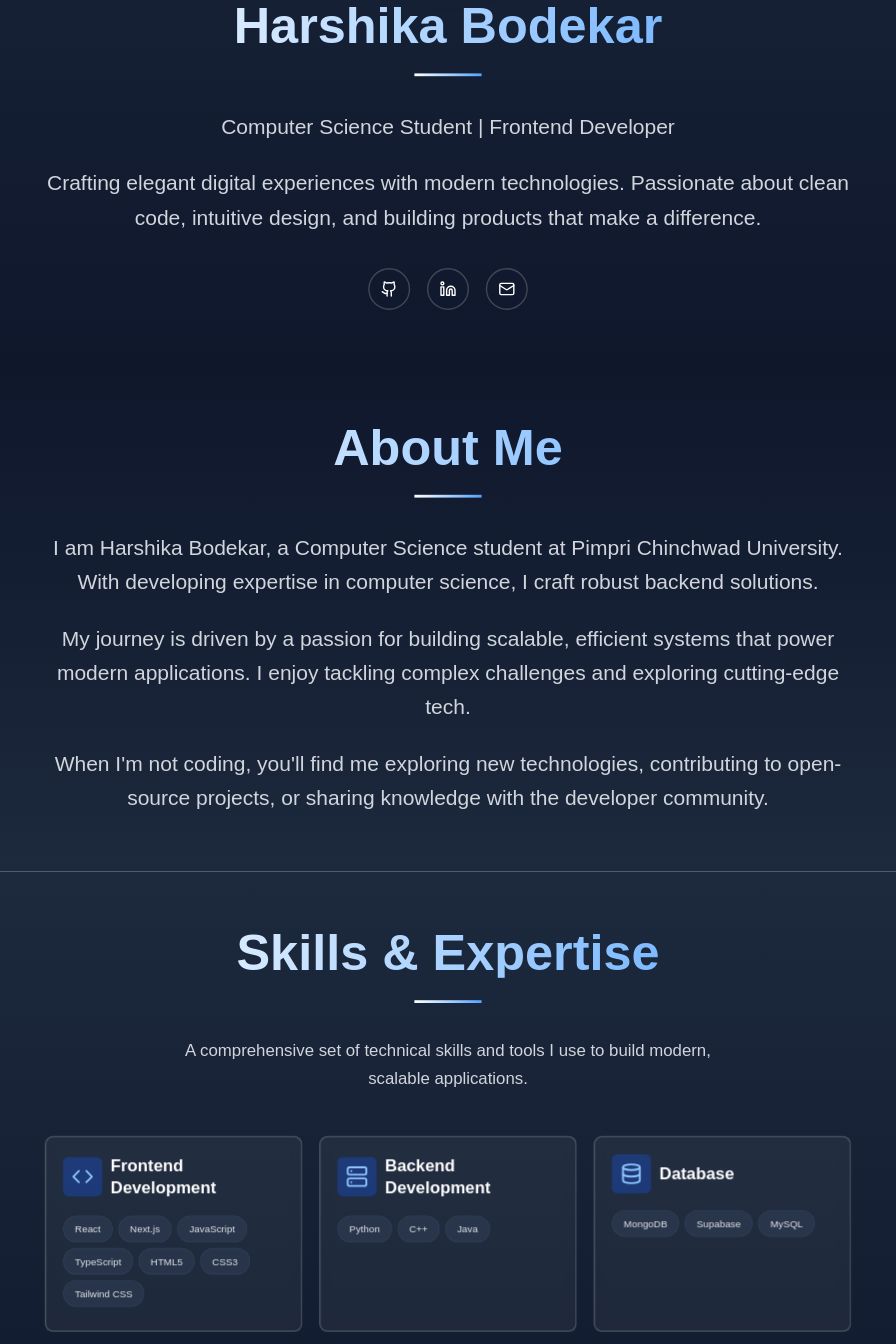
Repository: harshikabodekar/portfolio_awp
Page: /
These files come from the project's save history. The page is drawn as it stood at one moment and after the next save; the edit follows.
The browser window is 1280 px wide. The pictures show the part of the page from y = 447 to 2367 px (the page is 4820 px tall before and 4868 px after), at 70% of full size.
The project was rebuilt for these pictures with package versions that can differ from the ones it lists, and the page was loaded fresh each time. The framework's server and built-in components were replaced by stand-ins that run in the browser. Also part of the build but not shown: next.config.mjs.

Above is the page before, as saved 2025-10-15 22:35:52.

### src/app/layout.js
import { Geist, Geist_Mono } from "next/font/google";
import "./globals.css";

const geistSans = Geist({
  variable: "--font-geist-sans",
  subsets: ["latin"],
});

const geistMono = Geist_Mono({
  variable: "--font-geist-mono",
  subsets: ["latin"],
});

export const metadata = {
  title: "Harshika Bodekar Portfolio",
  description: "Generated by create next app",
};

export default function RootLayout({ children }) {
  return (
    <html lang="en">
      <body
        className={`${geistSans.variable} ${geistMono.variable} antialiased`}
      >
        {children}
      </body>
    </html>
  );
}

### src/app/page.js
import Navbar from "./components/Navbar";
import Hero from "./components/Hero";
import About from "./components/About";
import Skills from "./components/Skills";
import Project from "./components/Project";
import Contact from "./components/Contact";

export default function Home() {
  return (
    <main>
      <Navbar />
      <Hero />
      <About />
      <Skills />
      <Project />
      <Contact />
    </main>
  );
}

### src/app/components/Navbar.js
"use client";
import React, { useState } from 'react';
import { Menu, X } from 'lucide-react';

const Navbar = () => {
  const [isOpen, setIsOpen] = useState(false);

  const toggleMenu = () => setIsOpen(!isOpen);

  const navItems = [
    { href: "#home", label: "Home" },
    { href: "#about", label: "About" },
    { href: "#skills", label: "Skills" },
    { href: "#projects", label: "Projects" },
    { href: "#contact", label: "Contact" }
  ];

  return (
    <nav className="bg-gray-900 text-white py-4 px-4 md:px-6 fixed w-full top-0 left-0 z-50 shadow-lg">
      <div className="container mx-auto flex justify-between items-center">
        {/* Logo */}
        <h1 className="text-2xl md:text-3xl lg:text-4xl font-bold">My Portfolio</h1>

        {/* Desktop Menu */}
        <ul className="hidden md:flex space-x-6 lg:space-x-12">
          {navItems.map((item) => (
            <li key={item.href}>
              <a
                href={item.href}
                className="hover:text-blue-400 text-lg lg:text-2xl transition-colors"
              >
                {item.label}
              </a>
            </li>
          ))}
        </ul>

        {/* Mobile Menu Button */}
        <button
          onClick={toggleMenu}
          className="md:hidden p-2 hover:bg-gray-800 rounded-lg transition-colors"
          aria-label="Toggle menu"
        >
          {isOpen ? <X size={28} /> : <Menu size={28} />}
        </button>
      </div>

      {/* Mobile Menu */}
      {isOpen && (
        <div className="md:hidden absolute top-full left-0 w-full bg-gray-900 border-t border-gray-800 shadow-lg">
          <ul className="flex flex-col py-4">
            {navItems.map((item) => (
              <li key={item.href}>
                <a
                  href={item.href}
                  className="block px-6 py-3 hover:bg-gray-800 hover:text-blue-400 text-xl transition-colors"
                  onClick={() => setIsOpen(false)}
                >
                  {item.label}
                </a>
              </li>
            ))}
          </ul>
        </div>
      )}
    </nav>
  );
};

export default Navbar;

### src/app/components/Hero.js
"use client";
import { Github, Linkedin, Mail } from 'lucide-react';
import Image from 'next/image';

const Hero = () => {
  return (
    <section
      id="home"
      className="py-20 px-6 bg-gradient-to-b from-slate-800 to-slate-900 text-white min-h-screen flex items-center justify-center"
    >
      <div className="container mx-auto px-4">
        <div className="max-w-6xl mx-auto">

          {/* Profile Image */}
          <div className="flex justify-center mb-12">
            <div className="relative w-64 h-64 md:w-80 md:h-80 rounded-full overflow-hidden border-4 border-blue-400/30 shadow-2xl">
              <Image
                src="/profile.jpeg.jpeg"
                alt="Harshika Bodekar"
                fill
                className="object-cover"
                priority
              />
            </div>
          </div>

          {/* Text Content - Centered like About page */}
          <div className="text-center">
            <h1 className="text-4xl sm:text-5xl md:text-6xl lg:text-7xl font-bold mb-8 bg-gradient-to-r from-white to-blue-400 bg-clip-text text-transparent">
              Harshika Bodekar
            </h1>
            <div className="w-24 h-1 bg-gradient-to-r from-white to-blue-400 mx-auto mb-12"></div>

            <p className="text-xl md:text-2xl lg:text-3xl text-gray-300 mb-8 leading-relaxed">
              Computer Science Student | Frontend Developer
            </p>

            <p className="text-xl md:text-2xl lg:text-3xl text-gray-300 mb-12 leading-relaxed">
              Crafting elegant digital experiences with modern technologies.
              Passionate about clean code, intuitive design, and building products that make a difference.
            </p>

            <div className="flex gap-6 justify-center">
              <a
                href="https://github.com/harshikabodekar"
                target="_blank"
                rel="noopener noreferrer"
                className="p-4 rounded-full border-2 border-white/20 hover:border-blue-400/50 transition-all duration-300 hover:bg-white/10"
                aria-label="GitHub Profile"
              >
                <Github className="w-6 h-6" />
              </a>
              <a
                href="https://linkedin.com/in/harshikabodekar"
                target="_blank"
                rel="noopener noreferrer"
                className="p-4 rounded-full border-2 border-white/20 hover:border-blue-400/50 transition-all duration-300 hover:bg-white/10"
                aria-label="LinkedIn Profile"
              >
                <Linkedin className="w-6 h-6" />
              </a>
              <a
                href="mailto:harshikabodekar02@gmail.com"
                className="p-4 rounded-full border-2 border-white/20 hover:border-blue-400/50 transition-all duration-300 hover:bg-white/10"
                aria-label="Email Contact"
              >
                <Mail className="w-6 h-6" />
              </a>
            </div>
          </div>

        </div>
      </div>
    </section>
  );
};

export default Hero;

### src/app/components/About.js
import React from 'react';

const About = () => {
  return (
    <section id="about" className="py-20 px-6 bg-gradient-to-b from-slate-900 to-slate-800 text-white">
      <div className="container mx-auto px-4">
        <div className="max-w-6xl mx-auto">
          <h2 className="text-4xl sm:text-5xl md:text-6xl lg:text-7xl font-bold mb-8 text-center bg-gradient-to-r from-white to-blue-400 bg-clip-text text-transparent">
            About Me
          </h2>
          <div className="w-24 h-1 bg-gradient-to-r from-white to-blue-400 mx-auto mb-12"></div>

          <div className="text-center">
            <p className="text-xl md:text-2xl lg:text-3xl text-gray-300 leading-relaxed mb-8">
              I am Harshika Bodekar, a Computer Science student at Pimpri Chinchwad University.
              With developing expertise in computer science, I craft robust backend solutions.
            </p>
            <p className="text-xl md:text-2xl lg:text-3xl text-gray-300 leading-relaxed mb-8">
              My journey is driven by a passion for building scalable, efficient systems that power modern applications.
              I enjoy tackling complex challenges and exploring cutting-edge tech.
            </p>
            <p className="text-xl md:text-2xl lg:text-3xl text-gray-300 leading-relaxed">
              When I'm not coding, you'll find me exploring new technologies, contributing to
              open-source projects, or sharing knowledge with the developer community.
            </p>
          </div>
        </div>
      </div>
    </section>
  );
};

export default About;

### src/app/components/Skills.js
"use client";
import React from 'react';
import { Code, Database, Layout, Server, Globe, Palette } from 'lucide-react';

const Skills = () => {
  const skillCategories = [
    {
      icon: Code,
      title: "Frontend Development",
      skills: ["React", "Next.js", "JavaScript", "TypeScript", "HTML5", "CSS3", "Tailwind CSS"]
    },
    {
      icon: Server,
      title: "Backend Development",
      skills: [ "Python", "C++", "Java"]
    },
    {
      icon: Database,
      title: "Database",
      skills: ["MongoDB", "Supabase", "MySQL"]
    },
    {
      icon: Layout,
      title: "Tools & Frameworks",
      skills: ["Git", "GitHub", "VS Code", "Figma"]
    },

    {
      icon: Palette,
      title: "Design & UI/UX",
      skills: ["UI Design", "Wireframing", "Prototyping", "User Research"]
    }
  ];

  return (
    <section id="skills" className="py-20 px-6 bg-gradient-to-b from-slate-800 to-slate-900 text-white">
      <div className="container mx-auto px-4">
        <div className="max-w-6xl mx-auto">
          <h2 className="text-4xl sm:text-5xl md:text-6xl lg:text-7xl font-bold mb-8 text-center bg-gradient-to-r from-white to-blue-400 bg-clip-text text-transparent">
            Skills & Expertise
          </h2>
          <div className="w-24 h-1 bg-gradient-to-r from-white to-blue-400 mx-auto mb-12"></div>

          <p className="text-center text-xl md:text-2xl text-gray-300 mb-16 max-w-3xl mx-auto leading-relaxed">
            A comprehensive set of technical skills and tools I use to build modern, scalable applications.
          </p>

          <div className="grid sm:grid-cols-1 md:grid-cols-2 lg:grid-cols-3 gap-6">
            {skillCategories.map((category, index) => {
              const IconComponent = category.icon;
              return (
                <div
                  key={index}
                  className="border-2 border-white/20 rounded-xl p-6 h-[280px] hover:border-blue-400/50 transition-all duration-300 backdrop-blur-sm bg-white/5 group flex flex-col"
                >
                  <div className="flex items-center gap-3 mb-6">
                    <div className="p-3 bg-blue-600/30 rounded-lg group-hover:bg-blue-600/50 transition-all duration-300">
                      <IconComponent className="w-8 h-8 text-blue-300" />
                    </div>
                    <h3 className="text-xl md:text-2xl font-bold text-white group-hover:text-blue-400 transition-colors">
                      {category.title}
                    </h3>
                  </div>

                  <div className="flex flex-wrap gap-2 flex-1 content-start">
                    {category.skills.map((skill, skillIndex) => (
                      <span
                        key={skillIndex}
                        className="px-4 py-2 bg-slate-700/50 border border-slate-600/50 rounded-full text-sm text-gray-200 hover:bg-blue-600/30 hover:border-blue-400/50 transition-all duration-300"
                      >
                        {skill}
                      </span>
                    ))}
                  </div>
                </div>
              );
            })}
          </div>
        </div>
      </div>
    </section>
  );
};

export default Skills;

### src/app/components/Project.js
import React from 'react';
import ProjectCard from './ProjectCard';
import { projectsData } from '../data/projects';

const Projects = () => {
  const projects = [
    {
      title: "Anandam - simplified living for seniors (company project)",
      description: "A Platform dedicated to the senior citizens of india with trusted , geniune and verified data is provided about the senior care .",
      tech: ["React"," Next.js","Figma"],

    },
    {
      title: "EventEase (self project)",
      description: "Collaborative event manager with real-time updates, team workspaces, and advanced filtering capabilities, and registration portal",
      tech: ["Next.js", "Supabase"],

    },
    {
      title: "Daycare Site( company project)",
      description: "A user-friendly daycare website with various features.",
      tech: ["Vue.js", "Python", "FastAPI", "OpenWeather API"],

    },
    {
      title: "Investax.pro (company project)",
      description: "A comprehensive investment platform offering real-time market data, portfolio management, and advanced analytics tools for investors.",
      tech: ["React", "Python", "Next.js", "Supabase"],

    }
  ];

  return (
    <section id="projects" className="py-20 px-6 bg-gradient-to-b from-slate-900 to-slate-800 text-white">
      <div className="container mx-auto px-4">
        <div className="max-w-6xl mx-auto">
          <h2 className="text-4xl sm:text-5xl md:text-6xl lg:text-7xl font-bold mb-8 text-center bg-gradient-to-r from-white to-blue-400 bg-clip-text text-transparent">
            Featured Projects
          </h2>
          <div className="w-24 h-1 bg-gradient-to-r from-white to-blue-400 mx-auto mb-12"></div>

          <div className="grid sm:grid-cols-1 md:grid-cols-2 gap-6">
            {projects.map((project, index) => (
              <ProjectCard key={index} project={project} />
            ))}
          </div>
        </div>
      </div>
    </section>
  );
};

export default Projects;

### src/app/components/Contact.js
"use client";
import { Mail, Phone, MapPin, Github, Linkedin, Twitter } from 'lucide-react';

const Contact = () => {
  const contactInfo = [
    {
      icon: Mail,
      label: "Email",
      value: "harshikabodekar02@gmail.com",
      href: "mailto:harshikabodekar02@gmail.com"
    },
    {
      icon: Phone,
      label: "Phone",
      value: "+91 9130343030",
      href: "tel:+919130343030"
    },
    {
      icon: MapPin,
      label: "Location",
      value: "Pune, India",
      href: "#"
    }
  ];

  const socialLinks = [
    {
      icon: Github,
      label: "GitHub",
      href: "https://github.com/harshikabodekar"
    },
    {
      icon: Linkedin,
      label: "LinkedIn",
      href: "https://linkedin.com/in/harshikabodekar"
    },
    {
      icon: Twitter,
      label: "Twitter",
      href: "https://twitter.com/harshikabodekar"
    }
  ];

  return (
    <section id="contact" className="py-20 px-6 bg-gradient-to-b from-slate-800 to-slate-900 text-white">
      <div className="container mx-auto px-4">
        <div className="max-w-6xl mx-auto">
          <h2 className="text-4xl sm:text-5xl md:text-6xl lg:text-7xl font-bold mb-8 text-center bg-gradient-to-r from-white to-blue-400 bg-clip-text text-transparent">
            Get In Touch
          </h2>
          <div className="w-24 h-1 bg-gradient-to-r from-white to-blue-400 mx-auto mb-12"></div>

          <p className="text-center text-xl md:text-2xl text-gray-300 mb-16 max-w-3xl mx-auto leading-relaxed">
            I'm always open to discussing new projects, creative ideas, or opportunities to be part of your visions.
          </p>

          <div className="grid md:grid-cols-3 gap-8 mb-16">
            {contactInfo.map((info, index) => (
              <div
                key={index}
                className="border-2 border-white/20 rounded-xl p-8 hover:border-blue-400/50 transition-all duration-300 backdrop-blur-sm bg-white/5 text-center group"
              >
                <div className="inline-flex p-4 bg-blue-600/30 rounded-lg mb-6 group-hover:bg-blue-600/50 transition-all duration-300">
                  <info.icon className="w-8 h-8 text-blue-300" />
                </div>
                <h3 className="text-lg font-semibold text-gray-400 mb-3">{info.label}</h3>
                <a
                  href={info.href}
                  className="text-xl md:text-2xl text-white hover:text-blue-400 transition-colors duration-300 break-words"
                >
                  {info.value}
                </a>
              </div>
            ))}
          </div>

          <div className="border-2 border-white/20 rounded-xl p-10 backdrop-blur-sm bg-white/5">
            <h3 className="text-3xl md:text-4xl font-bold mb-8 text-center bg-gradient-to-r from-white to-blue-400 bg-clip-text text-transparent">
              Connect With Me
            </h3>

            <div className="flex justify-center gap-6 mb-10">
              {socialLinks.map((social, index) => (
                <a
                  key={index}
                  href={social.href}
                  target="_blank"
                  rel="noopener noreferrer"
                  className="p-4 rounded-full border-2 border-white/20 hover:border-blue-400/50 transition-all duration-300 hover:bg-white/10"
                  aria-label={social.label}
                >
                  <social.icon className="w-8 h-8" />
                </a>
              ))}
            </div>

            <div className="text-center">
              <a
                href="mailto:harshikabodekar02@gmail.com"
                className="inline-flex items-center gap-3 px-8 py-4 bg-blue-600 hover:bg-blue-700 rounded-full text-lg md:text-xl font-semibold transition-all duration-300 hover:shadow-lg hover:shadow-blue-500/50"
              >
                <Mail className="w-6 h-6" />
                Send Me an Email
              </a>
            </div>
          </div>
        </div>
      </div>
    </section>
  );
};

export default Contact;

### src/app/components/ProjectCard.js
"use client";

const ProjectCard = ({ project }) => {
  return (
    <div className="bg-white/10 backdrop-blur-sm border-2 border-white/20 rounded-xl p-6 h-[320px] hover:border-blue-400/50 transition-all duration-300 group flex flex-col">
      <h3 className="text-2xl md:text-3xl font-bold mb-4 text-white group-hover:text-blue-400 transition-colors">
        {project.title}
      </h3>

      <p className="text-base md:text-lg text-gray-300 mb-6 leading-relaxed flex-grow">
        {project.description}
      </p>

      <div className="flex flex-wrap gap-2">
        {project.tech.map((tech, index) => (
          <span
            key={index}
            className="px-3 py-1.5 bg-blue-600/30 border border-blue-400/30 rounded-full text-sm text-blue-200 font-medium"
          >
            {tech}
          </span>
        ))}
      </div>
    </div>
  );
};

export default ProjectCard;

Loaded but not shown: src/app/globals.css (common file); src/app/data/projects.js (no stored copy; drawn as an empty file)

After the next save:
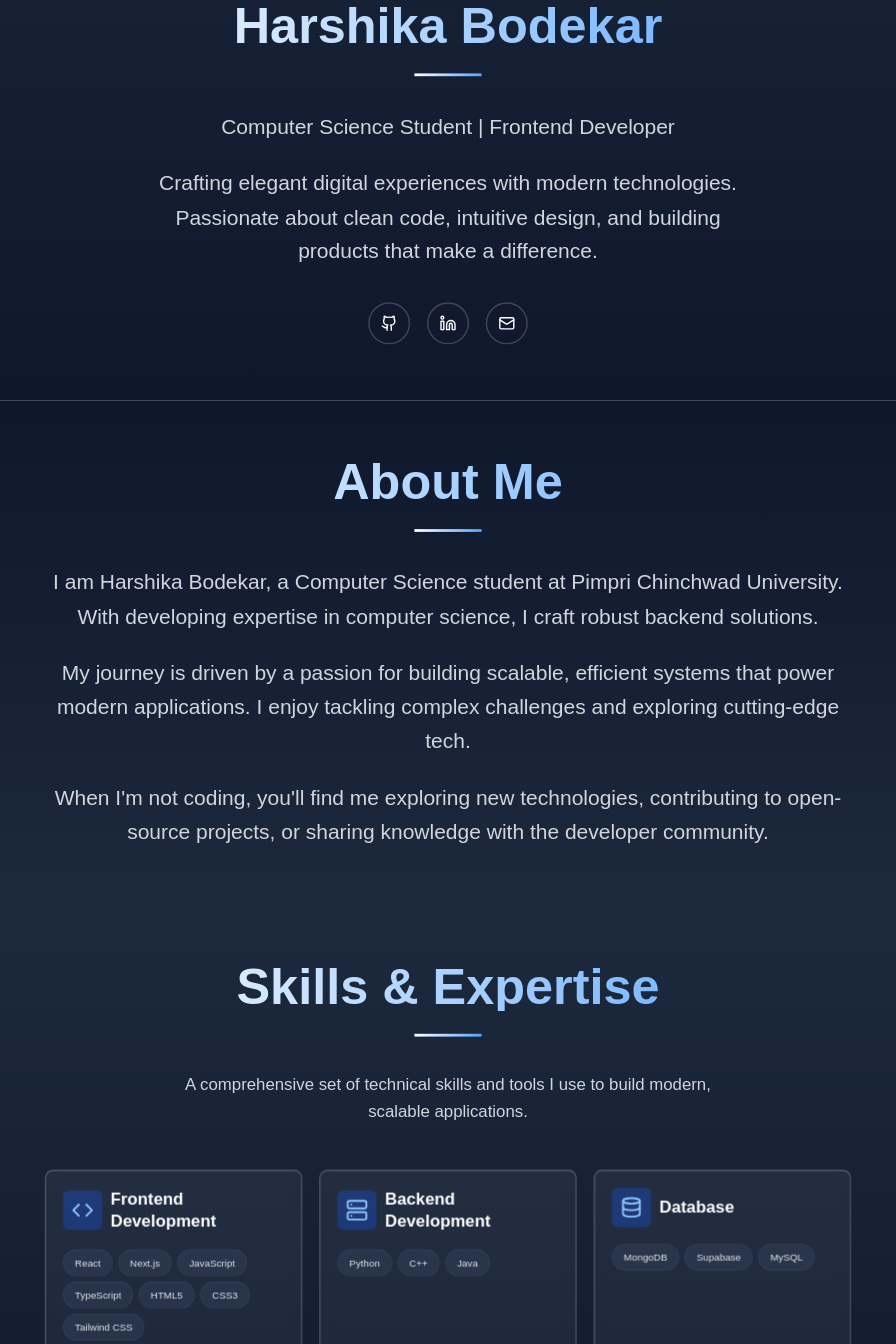
Saved 37 s later.
--- a/src/app/components/Hero.js
+++ b/src/app/components/Hero.js
@@ -6,14 +6,14 @@ const Hero = () => {
   return (
     <section
       id="home"
-      className="py-20 px-6 bg-gradient-to-b from-slate-800 to-slate-900 text-white min-h-screen flex items-center justify-center"
+      className="py-16 md:py-20 px-4 md:px-6 bg-gradient-to-b from-slate-800 to-slate-900 text-white min-h-screen flex items-center justify-center"
     >
-      <div className="container mx-auto px-4">
+      <div className="container mx-auto px-2 sm:px-4">
         <div className="max-w-6xl mx-auto">
 
           {/* Profile Image */}
-          <div className="flex justify-center mb-12">
-            <div className="relative w-64 h-64 md:w-80 md:h-80 rounded-full overflow-hidden border-4 border-blue-400/30 shadow-2xl">
+          <div className="flex justify-center mb-8 md:mb-12">
+            <div className="relative w-48 h-48 sm:w-56 sm:h-56 md:w-72 md:h-72 lg:w-80 lg:h-80 rounded-full overflow-hidden border-4 border-blue-400/30 shadow-2xl">
               <Image
                 src="/profile.jpeg.jpeg"
                 alt="Harshika Bodekar"
@@ -25,22 +25,22 @@ const Hero = () => {
           </div>
 
           {/* Text Content - Centered like About page */}
-          <div className="text-center">
-            <h1 className="text-4xl sm:text-5xl md:text-6xl lg:text-7xl font-bold mb-8 bg-gradient-to-r from-white to-blue-400 bg-clip-text text-transparent">
+          <div className="text-center px-2">
+            <h1 className="text-3xl sm:text-4xl md:text-5xl lg:text-6xl xl:text-7xl font-bold mb-6 md:mb-8 bg-gradient-to-r from-white to-blue-400 bg-clip-text text-transparent">
               Harshika Bodekar
             </h1>
-            <div className="w-24 h-1 bg-gradient-to-r from-white to-blue-400 mx-auto mb-12"></div>
+            <div className="w-20 md:w-24 h-1 bg-gradient-to-r from-white to-blue-400 mx-auto mb-8 md:mb-12"></div>
 
-            <p className="text-xl md:text-2xl lg:text-3xl text-gray-300 mb-8 leading-relaxed">
+            <p className="text-lg sm:text-xl md:text-2xl lg:text-3xl text-gray-300 mb-6 md:mb-8 leading-relaxed px-2">
               Computer Science Student | Frontend Developer
             </p>
 
-            <p className="text-xl md:text-2xl lg:text-3xl text-gray-300 mb-12 leading-relaxed">
+            <p className="text-base sm:text-lg md:text-xl lg:text-2xl xl:text-3xl text-gray-300 mb-10 md:mb-12 leading-relaxed px-2 max-w-4xl mx-auto">
               Crafting elegant digital experiences with modern technologies.
               Passionate about clean code, intuitive design, and building products that make a difference.
             </p>
 
-            <div className="flex gap-6 justify-center">
+            <div className="flex gap-4 md:gap-6 justify-center flex-wrap">
               <a
                 href="https://github.com/harshikabodekar"
                 target="_blank"
